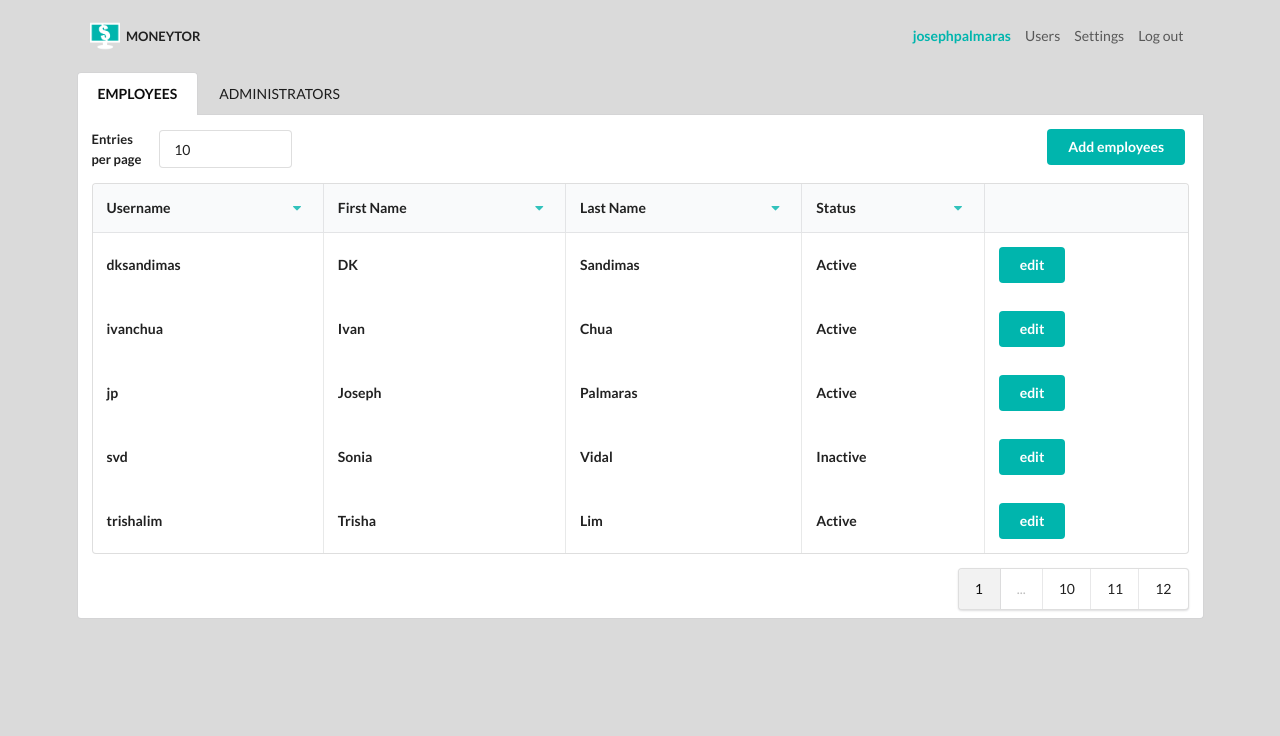
Repository: TV5/MoneyTor
Page: Workspace/MoneyTor/war/users.html
The author's editor kept a copy of each file at every save. The page is drawn from the files as they stood at one save, then again after the next save.
The browser window is 1280 px wide. The pictures show the whole page.

Above is the page before, as saved 2015-10-08 05:46:19.

### Workspace/MoneyTor/war/users.html
<!DOCTYPE html>
<html>
<head>
<!-- Standard Meta -->
<meta charset="utf-8" />
<meta http-equiv="X-UA-Compatible" content="IE=edge,chrome=1" />
<meta name="viewport"
	content="width=device-width, initial-scale=1.0, maximum-scale=1.0">

<!-- Site Properities -->
<title>User Management</title>
<link rel="stylesheet" type="text/css" href="../dist/semantic.css">
<link rel="stylesheet" type="text/css" href="../dist/semantic.min.css">
<script src="assets/library/jquery.min.js"></script>
<script src="../dist/components/form.js"></script>
<script src="../dist/components/transition.js"></script>
<script src="../dist/components/tab.min.js"></script>
<script src="../dist/components/modal.min.js"></script>
<script src="../dist/components/dimmer.min.js"></script>
<script src="../dist/components/transition.min.js"></script>

<style type="text/css">
body {
	background-color: #DADADA;
}

body>.grid {
	height: 100%;
}

.image {
	margin-top: -100px;
}

.column {
	max-width: 450px;
}

.firstmenu {
	padding-left: 20px;
	padding-right: 20px;
	padding-top: 0px;
}

a {
	color: #00b5ad;
}

.link {
	color: #00b5ad !important;
}
  </style>
</head>
<body>

<div class="ui container">
	<div class="ui text menu firstmenu" width="100%">
	  <img src="assets/images/logo.png" style="width:30px;height:30px;margin-top:5px">
	  <div class="header item">MONEYTOR </div>


	  <div class="right menu">
	   <a class="item link">
	     <b>josephpalmaras</b>
	   </a>
	   <a class="item">
	     Users
	   </a>
	   <a id="settingsLink" class="item">
	     Settings
	   </a>
	   <a id="logoutLink" class="ui item">
	      Log out
	    </a>
	  </div>
	</div>
	<div class="ui top attached tabular menu">
	  <a data-tab="employeesTab" class="item active" >
	    EMPLOYEES
	  </a>
	  <a data-tab="administratorsTab" class="item">
	    ADMINISTRATORS
	  </a>
	</div>


		<div class="ui bottom attached tab segment active" data-tab="employeesTab" style="padding-bottom:50px">
			<div class="ui form ">
		  	<div class="inline fields" style="float:left">
		    <div class="eleven wide field">
		      <label>Entries per page</label>
		      <input type="number" value="10">
		    </div>

		    </div>
		    <div class="three wide feild" style="float:right">
			    <button class="ui button teal" id="addemployeeBtn">Add employees</button>
		    </div>
		  </div>
			<table class="ui celled padded table">
				<thead>
					<tr>
						<th>Username <i class="dropdown icon link"
							style="float: right"></i></th>
						<th>First Name <i class="dropdown icon link"
							style="float: right"></i></th>
						<th>Last Name <i class="dropdown icon link"
							style="float: right"></i></th>
						<th>Status <i class="dropdown icon link"
							style="float: right"></i></th>
						<th></th>
					</tr>
				</thead>
				<tbody>
					<tr>
						<th>dksandimas</th>
						<th>DK</th>
						<th>Sandimas</th>
						<th>Active</th>
						<th><button class="ui button teal" id="editemployeeBtn">edit</button></th>
					</tr>
					<tr>
						<th>ivanchua</th>
						<th>Ivan</th>
						<th>Chua</th>
						<th>Active</th>
						<th><button class="ui button teal" id="editemployeeBtn">edit</button></th>
					</tr>
					<tr>
						<th>jp</th>
						<th>Joseph</th>
						<th>Palmaras</th>
						<th>Active</th>
						<th><button class="ui button teal" id="editemployeeBtn">edit</button></th>
					</tr>
					<tr>
						<th>svd</th>
						<th>Sonia</th>
						<th>Vidal</th>
						<th>Inactive</th>
						<th><button class="ui button teal" id="editemployeeBtn">edit</button></th>
					</tr>
					<tr>
						<th>trishalim</th>
						<th>Trisha</th>
						<th>Lim</th>
						<th>Active</th>
						<th><button class="ui button teal" id="editemployeeBtn">edit</button></th>
					</tr>
				</tbody>
			</table>

			<div class="ui pagination menu right" style="float:right">
			  <a class="active item">
			    1
			  </a>
			  <div class="disabled item">
			    ...
			  </div>
			  <a class="item">
			    10
			  </a>
			  <a class="item">
			    11
			  </a>
			  <a class="item">
			    12
			  </a>
			</div>
		</div>
		<div class="ui bottom attached tab segment" data-tab="administratorsTab" style="padding-bottom:50px">
			<div class="ui form ">
		  	<div class="inline fields" style="float:left">
		    <div class="eleven wide field">
		      <label>Entries per page</label>
	      <select class="ui dropdown">
			  <option value="5">5</option>
			  <option value="10">10</option>
			  <option value="30">30</option>
			  <option value="100">100</option>
			</select>
		    </div>

		    </div>
		    <div class="three wide feild" style="float:right">
			    <button class="ui button teal" id="addadministratorBtn">Add administrators</button>
		    </div>
		  </div>
			<table class="ui celled padded table">
				<thead>
					<tr>
						<th>Username <i class="dropdown icon link"
							style="float: right"></i></th>
						<th>First Name <i class="dropdown icon link"
							style="float: right"></i></th>
						<th>Last Name <i class="dropdown icon link"
							style="float: right"></i></th>
						<th></th>
					</tr>
				</thead>
				<tbody>
					<tr>
						<th>dksandimas</th>
						<th>DK</th>
						<th>Sandimas</th>
						<th><button class="ui button teal" id="editadministratorBtn">edit</button></th>
					</tr>
					<tr>
						<th>ivanchua</th>
						<th>Ivan</th>
						<th>Chua</th>
						<th><button class="ui button teal" id="editadministratorBtn">edit</button></th>
					</tr>
					<tr>
						<th>jp</th>
						<th>Joseph</th>
						<th>Palmaras</th>
						<th><button class="ui button teal" id="editadministratorBtn">edit</button></th>
					</tr>

				</tbody>
			</table>

			<div class="ui pagination menu right" style="float: right">
				<a class="active item"> 1 </a>
				<div class="disabled item">...</div>
				<a class="item"> 10 </a> <a class="item"> 11 </a> <a class="item">
					12 </a>
			</div>
		</div>
	</div>


		<!-- employee INFORMATION  -->
		<div id="addemployee" class="ui modal">
			<div class="header">Employee</div>
			<div class="content">
				<form class="ui form">

					<div class="inline fields">
						<div class="two wide field">
							<label>First Name</label>
						</div>
						<div class="seven wide field">
							<input type="text">
						</div>
					</div>

					<div class="inline fields">
						<div class="two wide field">
							<label>Last Name</label>
						</div>
						<div class="seven wide field">
							<input type="text">
						</div>
					</div>

					<div class="inline fields">
						<div class="two wide field">
							<label>Username</label>
						</div>
						<div class="seven wide field">
							<input type="text">
						</div>
					</div>

					<div class="inline fields">
						<div class="two wide field">
							<label>Password</label>
						</div>
						<div class="seven wide field">
							<input type="number">
						</div>
					</div>

					<div class="inline fields">
						<div class="two wide field">
							<label>Confirm Password</label>
						</div>
						<div class="seven wide field">
							<input type="number">
						</div>
					</div>
				</form>
			</div>
			<div class="actions">
				<div class="ui approve button">Save</div>
				<div class="ui button">Add More</div>
				<div class="ui cancel button">Cancel</div>
			</div>
		</div>

		<!-- administrator INFORMATION  -->
		<div id="addadministrator" class="ui modal">
			<div class="header">Administrator</div>
			<div class="content">
				<form class="ui form">

					<div class="inline fields">
						<div class="two wide field">
							<label>First Name</label>
						</div>
						<div class="seven wide field">
							<input type="text">
						</div>
					</div>

					<div class="inline fields">
						<div class="two wide field">
							<label>Last Name</label>
						</div>
						<div class="seven wide field">
							<input type="text">
						</div>
					</div>

					<div class="inline fields">
						<div class="two wide field">
							<label>Username</label>
						</div>
						<div class="seven wide field">
							<input type="text">
						</div>
					</div>

					<div class="inline fields">
						<div class="two wide field">
							<label>Password</label>
						</div>
						<div class="seven wide field">
							<input type="number">
						</div>
					</div>

					<div class="inline fields">
						<div class="two wide field">
							<label>Confirm Password</label>
						</div>
						<div class="seven wide field">
							<input type="number">
						</div>
					</div>
				</form>
			</div>
			<div class="actions">
				<div class="ui approve button">Save</div>
				<div class="ui button">Add More</div>
				<div class="ui cancel button">Cancel</div>
			</div>
		</div>

<!-- edit employee INFORMATION  -->
		<div id="editemployee" class="ui modal">
			<div class="header">employee</div>
			<div class="content">
				<form class="ui form">

					<div class="inline fields">
						<div class="two wide field">
							<label>First Name</label>
						</div>
						<div class="seven wide field">
							<input type="text" value="Trisha">
						</div>
					</div>

					<div class="inline fields">
						<div class="two wide field">
							<label>Last Name</label>
						</div>
						<div class="seven wide field">
							<input type="text" value="Lim">
						</div>
					</div>

					<div class="inline fields">
						<div class="two wide field">
							<label>Username</label>
						</div>
						<div class="seven wide field">
							<input type="text" value="trishalim">
						</div>
					</div>

					<div class="inline fields">
						<div class="two wide field">
							<label>Password</label>
						</div>
						<div class="seven wide field">
							<input type="number" value="*******">
						</div>
					</div>

					<div class="inline fields">
						<div class="two wide field">
							<label>Confirm Password</label>
						</div>
						<div class="seven wide field">
							<input type="number">
						</div>
					</div>
				</form>
			</div>
			<div class="actions">
				<div class="ui approve button">Save</div>
				<div class="ui button">Change Status</div>
				<div class="ui cancel button">Cancel</div>
			</div>
		</div>

		<!-- edit administrator INFORMATION  -->
		<div id="editadministrator" class="ui modal">
			<div class="header">Administrator</div>
			<div class="content">
				<form class="ui form">

					<div class="inline fields">
						<div class="two wide field">
							<label>First Name</label>
						</div>
						<div class="seven wide field">
							<input type="text" value="Trisha">
						</div>
					</div>

					<div class="inline fields">
						<div class="two wide field">
							<label>Last Name</label>
						</div>
						<div class="seven wide field">
							<input type="text" value="Lim">
						</div>
					</div>

					<div class="inline fields">
						<div class="two wide field">
							<label>Username</label>
						</div>
						<div class="seven wide field">
							<input type="text" value="trishalim">
						</div>
					</div>

					<div class="inline fields">
						<div class="two wide field">
							<label>Password</label>
						</div>
						<div class="seven wide field">
							<input type="number" value="*******">
						</div>
					</div>

					<div class="inline fields">
						<div class="two wide field">
							<label>Confirm Password</label>
						</div>
						<div class="seven wide field">
							<input type="number">
						</div>
					</div>
				</form>
			</div>
			<div class="actions">
				<div class="ui approve button">Save</div>
				<div class="ui button">Change Status</div>
				<div class="ui cancel button">Cancel</div>
			</div>
		</div>

		<div id="logout" class="ui small test modal transition"
			style="margin-top: -92.5px;">
			<div class="header">Log out</div>
			<div class="content">
				<p>Are you sure you want to log out of your account</p>
			</div>
			<div class="actions">
				<div class="ui negative button">No</div>
				<div class="ui positive right labeled icon button">
					Yes <i class="checkmark icon"></i>
				</div>
			</div>
		</div>

</div>

<!-- RECEIVABLE INFORMATION -->
<div id="addReceivable" class="ui modal">
  <div class="header">Account Receivable</div>
  <div class="content">
    <form class="ui form">

    	<div class="inline fields">
		    <div class="two wide field">
		      <label>administrator Name</label>
		    </div>
		    <div class="fourteen wide field">
		      <input type="text">
		    </div>
		</div>

    	<div class="inline fields">
		    <div class="two wide field">
		      <label>Official Receipt Number</label>
		    </div>
		    <div class="fourteen wide field">
		      <input type="text">
		    </div>
		</div>

		<div class="inline fields">
		    <div class="two wide field">
		      <label>Amount</label>
		    </div>
		    <div class="fourteen wide field">
		      <input type="number">
		    </div>
		</div>

		<div class="inline fields">
		    <div class="two wide field">
		      <label>Transaction Date</label>
		    </div>
		    <div class="fourteen wide field">
		      <input type="date">
		    </div>
		</div>

		<div class="inline fields">
		    <div class="two wide field">
		      <label>Due Date</label>
		    </div>
		    <div class="fourteen wide field">
		      <input type="date">
		    </div>
		</div>


    </form>
  </div>
  <div class="actions">
    <div class="ui approve button teal">Save</div>
    <div class="ui button teal">Add More</div>
    <div class="ui cancel button teal">Cancel</div>
  </div>
</div>

<!-- PAYABLE INFORMATION -->
<div id="addPayable" class="ui modal">
  <div class="header">Account Payable</div>
  <div class="content">
    <form class="ui form">

    	<div class="inline fields">
		    <div class="two wide field">
		      <label>Employee Name</label>
		    </div>
		    <div class="fourteen wide field">
		      <input type="text">
		    </div>
		</div>

    	<div class="inline fields">
		    <div class="two wide field">
		      <label>Official Receipt Number</label>
		    </div>
		    <div class="fourteen wide field">
		      <input type="text">
		    </div>
		</div>

		<div class="inline fields">
		    <div class="two wide field">
		      <label>Amount</label>
		    </div>
		    <div class="fourteen wide field">
		      <input type="number">
		    </div>
		</div>

		<div class="inline fields">
		    <div class="two wide field">
		      <label>Transaction Date</label>
		    </div>
		    <div class="fourteen wide field">
		      <input type="date">
		    </div>
		</div>

		<div class="inline fields">
		    <div class="two wide field">
		      <label>Due Date</label>
		    </div>
		    <div class="fourteen wide field">
		      <input type="date">
		    </div>
		</div>


    </form>
  </div>
  <div class="actions">
    <div class="ui approve button teal">Save</div>
    <div class="ui button teal">Add More</div>
    <div class="ui cancel button teal">Cancel</div>
  </div>
</div>


<!-- employee INFORMATION  -->
<div id="addemployee" class="ui modal">
  <div class="header">Employee</div>
  <div class="content">
    <form class="ui form">

    	<div class="inline fields">
		    <div class="two wide field">
		      <label>Name</label>
		    </div>
		    <div class="fourteen wide field">
		      <input type="text">
		    </div>
		</div>

    	<div class="inline fields">
		    <div class="two wide field">
		      <label>Address</label>
		    </div>
		    <div class="fourteen wide field">
		      <input type="text">
		    </div>
		</div>

    	<div class="inline fields">
		    <div class="two wide field">
		      <label>Contact Number</label>
		    </div>
		    <div class="fourteen wide field">
		      <input type="text">
		    </div>
		</div>

    	<div class="inline fields">
		    <div class="two wide field">
		      <label>Terms</label>
		    </div>
		    <div class="seven wide field">
		      <input type="number">
		    </div>
		    <div class="seven wide field">
		      <select class="ui fluid dropdown">
    			<option value="">days</option>
    			<option value="">weeks</option>
    			<option value="">months</option>
    			<option value="">years</option>
    		  </select>
		    </div>
		</div>

    </form>
  </div>
  <div class="actions">
    <div class="ui approve button">Save</div>
    <div class="ui button">Add More</div>
    <div class="ui cancel button">Cancel</div>
  </div>
</div>

<!-- administrator INFORMATION  -->
<div id="addadministrator" class="ui modal">
  <div class="header">Administrator</div>
  <div class="content">
    <form class="ui form">

    	<div class="inline fields">
		    <div class="two wide field">
		      <label>Name</label>
		    </div>
		    <div class="fourteen wide field">
		      <input type="text">
		    </div>
		</div>

    	<div class="inline fields">
		    <div class="two wide field">
		      <label>Address</label>
		    </div>
		    <div class="fourteen wide field">
		      <input type="text">
		    </div>
		</div>

    	<div class="inline fields">
		    <div class="two wide field">
		      <label>Contact Number</label>
		    </div>
		    <div class="fourteen wide field">
		      <input type="text">
		    </div>
		</div>

    	<div class="inline fields">
		    <div class="two wide field">
		      <label>Terms</label>
		    </div>
		    <div class="seven wide field">
		      <input type="number">
		    </div>
		    <div class="seven wide field">
		      <select class="ui fluid dropdown">
    			<option value="">days</option>
    			<option value="">weeks</option>
    			<option value="">months</option>
    			<option value="">years</option>
    		  </select>
		    </div>
		</div>

    </form>
  </div>
  <div class="actions">
    <div class="ui approve button">Save</div>
    <div class="ui button">Add More</div>
    <div class="ui cancel button">Cancel</div>
  </div>
</div>
<div id="userSettings" class="ui modal">
  <div class="header">User Settings</div>
  <div class="content">
    <form class="ui form">

    	<div class="inline fields">
		    <div class="two wide field">
		      <label>Username</label>
		    </div>
		    <div class="eight wide field">
		      <label id="username">josephpalmaras</label>
		      <input id="usernametxt" type="text" value="josephpalmaras" disabled/>
		    </div>
		</div>
		<div class="inline fields">
		    <div class="two wide field">
		      <label>First Name</label>
		    </div>
		    <div class="eight wide field">
		    	<label id="fname">Joseph Gabriell</label>
		      <input id="fnametxt" type="text" value="Joseph Gabriell"/>
		    </div>
		</div>
		<div class="inline fields">
		    <div class="two wide field">
		      <label>Last Name</label>
		    </div>
		    <div class="eight wide field">
		    	<label id="lname">Palmaras</label>
		      <input id="lnametxt" type="text" value="Palmaras"/>
		    </div>
		</div>
		<div id="currPass" class="inline fields">
		    <div class="two wide field">
		      <label>Password</label>
		    </div>
		    <div class="eight wide field">
		      <text>********</text> <a id="changepass" href="#" onclick="changePassword()">change password</a>
		    </div>
		</div>
		<div id="newPass">
			<div class="inline fields">
			    <div class="two wide field">
			      <label>Current Password</label>
			    </div>
			    <div class="eight wide field">
			      <input type="text"/>
			    </div>
			</div>
			<div class="inline fields">
			    <div class="two wide field">
			      <label>New Password</label>
			    </div>
			    <div class="eight wide field">
			      <input type="text"/>
			    </div>
			</div>
			<div class="inline fields">
			    <div class="two wide field">
			      <label>Confirm New Password</label>
			    </div>
			    <div class="eight wide field">
			      <input type="text"/>
			    </div>
			</div>
		</div>
    </form>
  </div>
		<div class="actions">
			<div id="editBtn" class="ui button teal" onclick="edit()">Edit</div>
			<div id="saveBtn" class="ui button teal" onclick="edit()">Save</div>
		    <div class="ui cancel button teal" onclick="cancelEdit()">Cancel</div>
		</div>
</div>
<div id="logout" class="ui small test modal transition" style="margin-top: -92.5px;">
    <div class="header">
      Log out
    </div>
    <div class="content">
      <p>Are you sure you want to log out of your account</p>
    </div>
    <div class="actions">
      <div class="ui negative button">
        No
      </div>
      <div class="ui positive right labeled icon button">
        Yes
        <i class="checkmark icon"></i>
      </div>
    </div>
  </div>
</div>
</body>
<script type="text/javascript">
	  //user settings
	$('#fnametxt').hide();
	$('#usernametxt').hide();
	$('#lnametxt').hide();
	$('#changepass').hide();
	$('#saveBtn').hide();
	$('#newPass').hide();

	function edit(){
		$('#saveBtn').toggle();
		$('#username').toggle();
		$('#fname').toggle();
		$('#lname').toggle();
		$('#usernametxt').toggle();
		$('#fnametxt').toggle();
		$('#lnametxt').toggle();
		$('#editBtn').toggle();
		$('#changepass').toggle();
	}

	function changePassword(){
		$('#currPass').toggle();
		$('#newPass').toggle();
	}

	function cancelEdit(){
		$('#saveBtn').toggle();
		$('#username').toggle();
		$('#fname').toggle();
		$('#lname').toggle();
		$('#usernametxt').toggle();
		$('#fnametxt').toggle();
		$('#lnametxt').toggle();
		$('#editBtn').toggle();
		$('#changepass').toggle();
		$('#currPass').toggle();
		$('#newPass').toggle();
	}
	//-----end user settings
	$('.top.menu .item').tab();

	$('#addemployeeBtn').click(function(){
		$('#addemployee').modal('show');
	});

	$('#addadministratorBtn').click(function(){
		$('#addadministrator').modal('show');
	});

	$('#editemployeeBtn').click(function() {
		$('#editemployee').modal('show');
	});

	$('#editadministratorBtn').click(function() {
		$('#editadministrator').modal('show');
	});

	$('#settingsLink').click(function(){

		$('#userSettings').modal('show');
	});

	$('#logoutLink').click(function(){
		$('#logout').modal('show');
	});

</script>
</html>

Loaded but not shown: Workspace/MoneyTor/war/dist/semantic.css (library); Workspace/MoneyTor/war/dist/semantic.min.css (library); Workspace/MoneyTor/war/assets/library/jquery.min.js (library); Workspace/MoneyTor/war/dist/components/tab.min.js (library); Workspace/MoneyTor/war/dist/components/modal.min.js (library); Workspace/MoneyTor/war/dist/components/dimmer.min.js (library); Workspace/MoneyTor/war/dist/components/transition.min.js (library); Workspace/MoneyTor/war/dist/components/form.js (1308 lines, source omitted); Workspace/MoneyTor/war/dist/components/transition.js (1072 lines, source omitted)

After the next save:
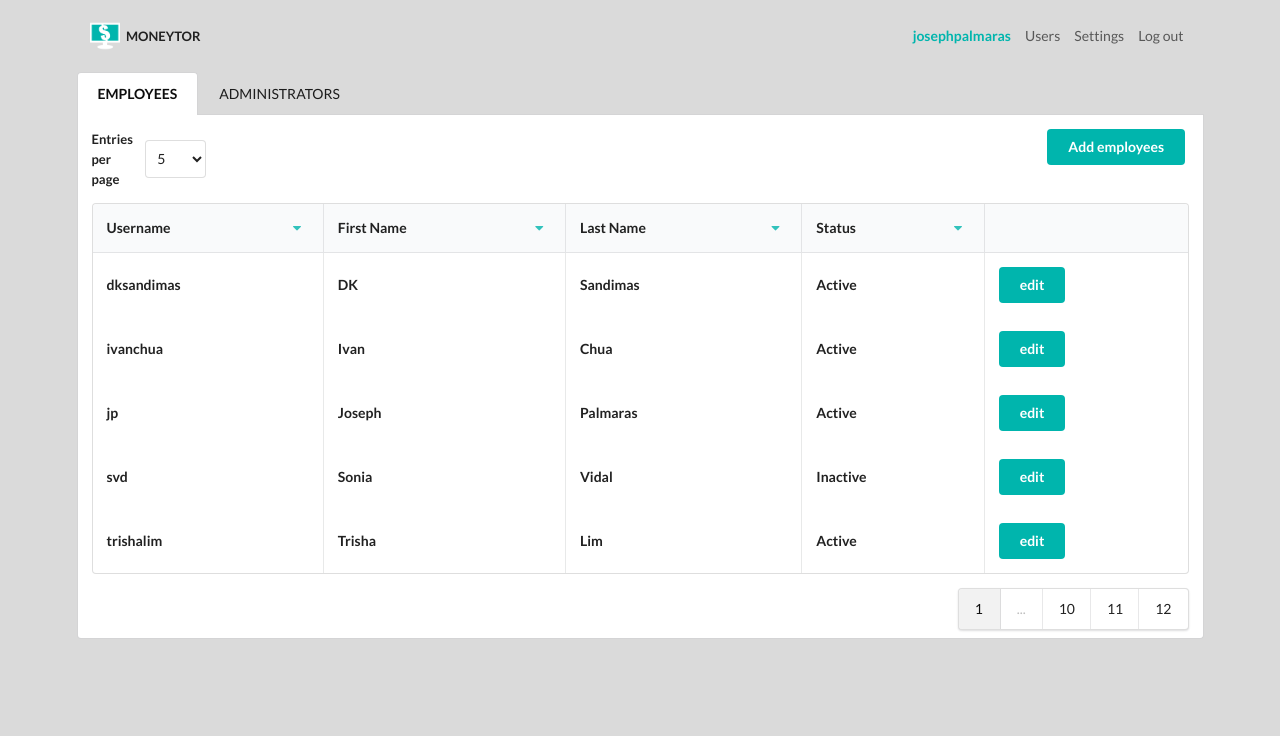
Saved 29 s later.
--- a/Workspace/MoneyTor/war/users.html
+++ b/Workspace/MoneyTor/war/users.html
@@ -89,7 +89,12 @@ a {
 		  	<div class="inline fields" style="float:left">
 		    <div class="eleven wide field">
 		      <label>Entries per page</label>
-		      <input type="number" value="10">
+	      	  <select class="ui dropdown">
+			  <option value="5">5</option>
+			  <option value="10">10</option>
+			  <option value="30">30</option>
+			  <option value="100">100</option>
+			  </select>
 		    </div>
 
 		    </div>
@@ -173,12 +178,12 @@ a {
 		  	<div class="inline fields" style="float:left">
 		    <div class="eleven wide field">
 		      <label>Entries per page</label>
-	      <select class="ui dropdown">
+	      	  <select class="ui dropdown">
 			  <option value="5">5</option>
 			  <option value="10">10</option>
 			  <option value="30">30</option>
 			  <option value="100">100</option>
-			</select>
+			  </select>
 		    </div>
 
 		    </div>
